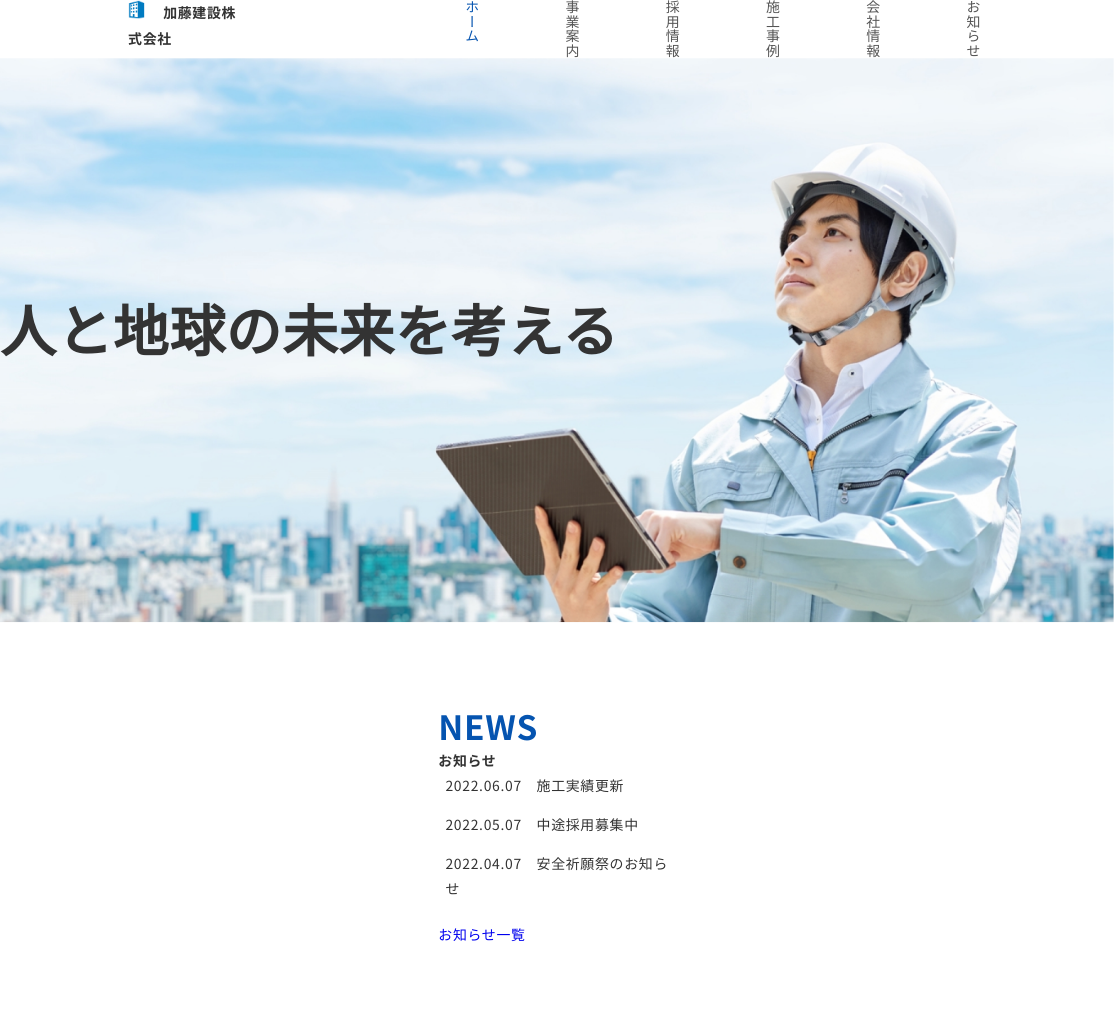
Repository: nozomi-23/hp1_test
Page: index.html
The author's editor kept a copy of each file at every save. The page is drawn from the files as they stood at one save, then again after a run of saves.
The browser window is 1280 px wide. The pictures show the whole page, at 87% of full size.

Above is the page before, as saved 2022-06-12 11:08:12.

After the next 2 saves:
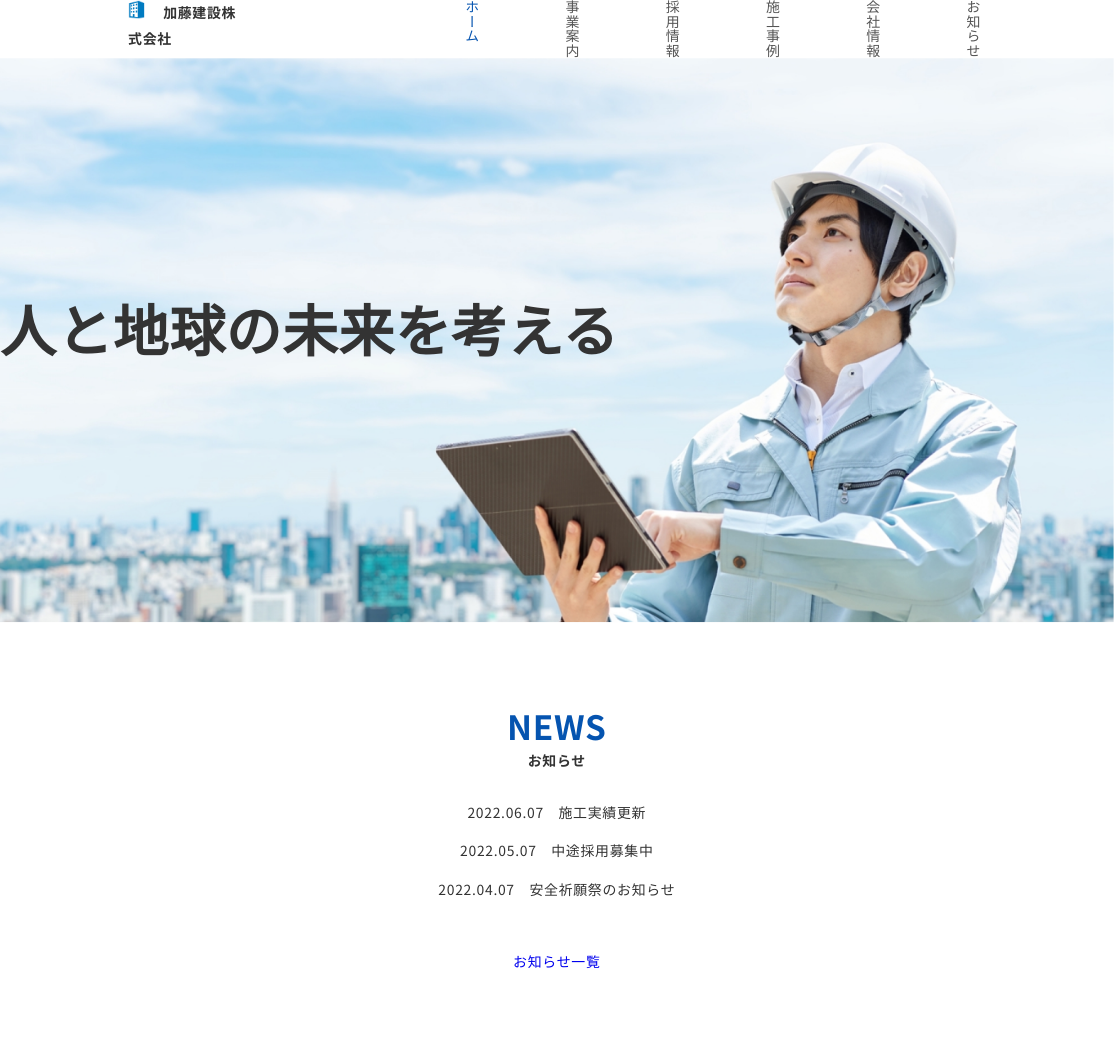
The 2 saves are shown as one change because they came seconds apart.
The last was saved 31 s later.
--- a/css/index.css
+++ b/css/index.css
@@ -63,14 +63,10 @@ news
   text-align: center;
   display: block;
 }
-.news_wrapper {
-  text-align: left;
-  display: inline-block;
-}
+
 .news_wrapper ul{
   padding: 3%;
-    text-align: left;
-      display: inline-block;
+
 }
 .news_wrapper ul li {
   margin-bottom: 1rem;
